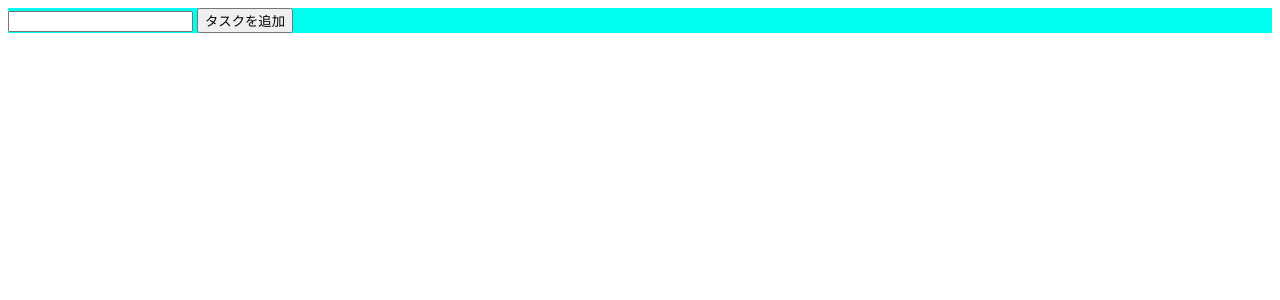
Repository: akira882/Todo-App-Github-flow
Page: todoApp.html
These files come from the project's save history. The page is drawn as it stood at one moment and after a run of saves; the edit follows.
The browser window is 1280 px wide. The pictures show the whole page.

Above is the page before, as saved 2024-02-17 16:57:57.

### todoApp.html
<!DOCTYPE html>
<html lang="ja">

<head>
  <meta charset="UTF-8">
  <meta name="viewport" content="width=device-width, initial-scale=1.0">
  <link rel="stylesheet" href="style.css">
  <title>Todo App</title>
</head>

<body>
  <div id="add-todo">
    <input type="text" name="Todo" id="input" />
    <button id="addTodo">タスクを追加</button>
  </div>

  <div>


  </div>

</body>

</html>

### style.css
#add-todo {
  background: rgb(0, 255, 238);
}

After the next 2 saves:
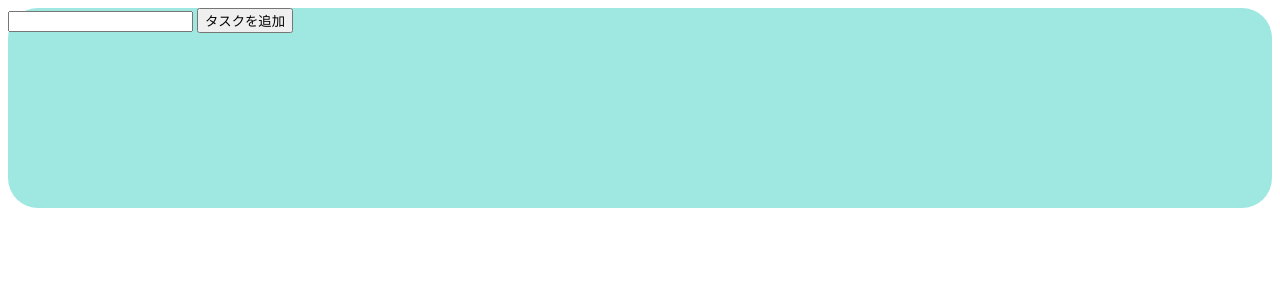
The 2 saves are shown as one change because they came seconds apart.
The last was saved 2 min 57 s later.
--- a/style.css
+++ b/style.css
@@ -1,3 +1,5 @@
 #add-todo {
-  background: rgb(0, 255, 238);
+  background: rgb(159 232 225);
+  height: 200px;
+  border-radius: 30px;
 }
